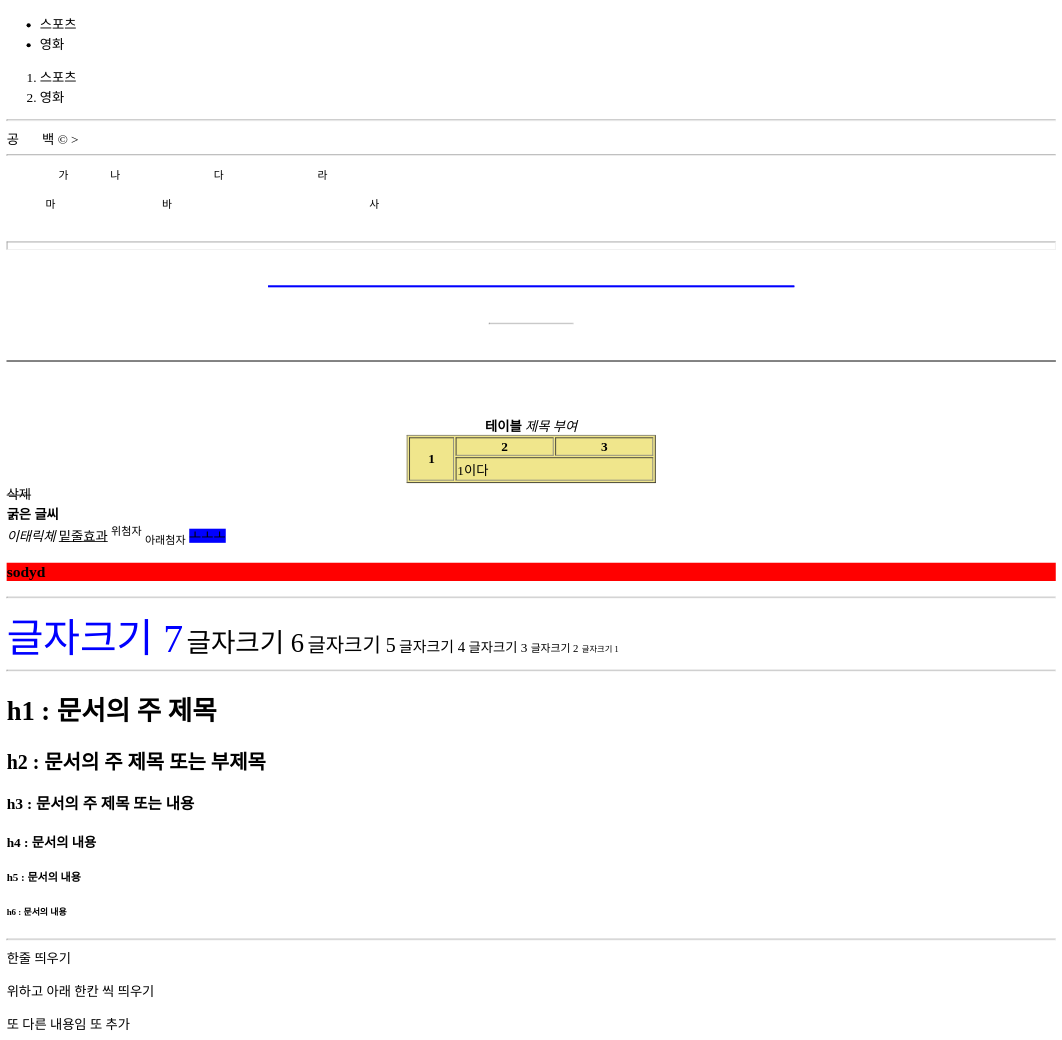
Repository: sika5382/jsp
Page: html/WebContent/NewFile.html
The author's editor kept a copy of each file at every save. The page is drawn from the files as they stood at one save, then again after the next save.
The browser window is 1280 px wide. The pictures show the whole page, at 83% of full size.

Above is the page before, as saved 2020-10-29 06:55:36.

After the next save:
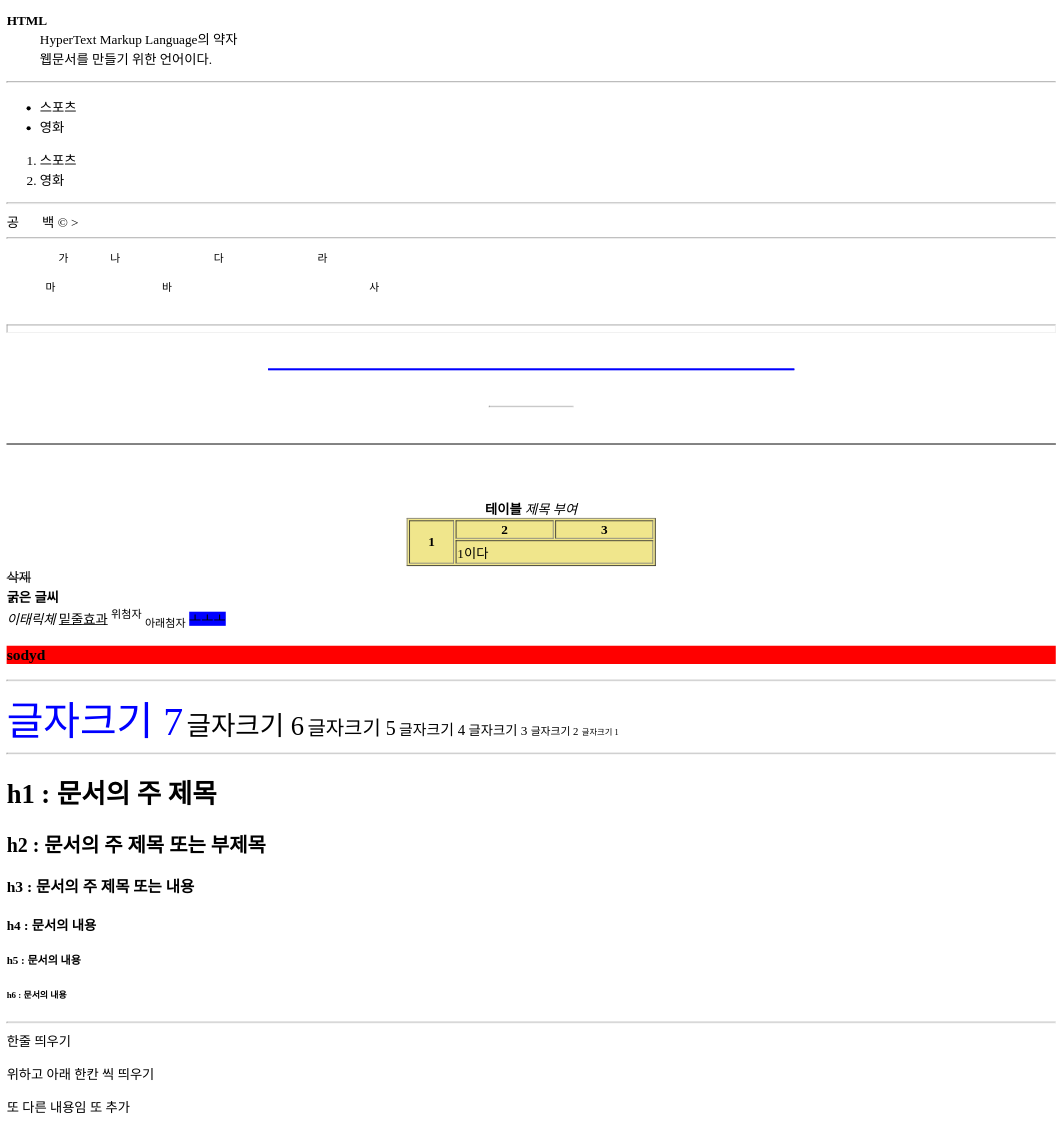
Saved 109 s later.
--- a/html/WebContent/NewFile.html
+++ b/html/WebContent/NewFile.html
@@ -8,6 +8,20 @@
 <body text="white" bgcolor='black'>
 	 -->
 <body>
+
+
+	<dl>
+		<dt><b>HTML</b></dt>
+		<dd>
+			HyperText Markup Language의 약자<br>
+			웹문서를 만들기 위한 언어이다.
+		</dd>
+
+	</dl>
+
+
+
+	<hr>
 
 	<ul>
 
